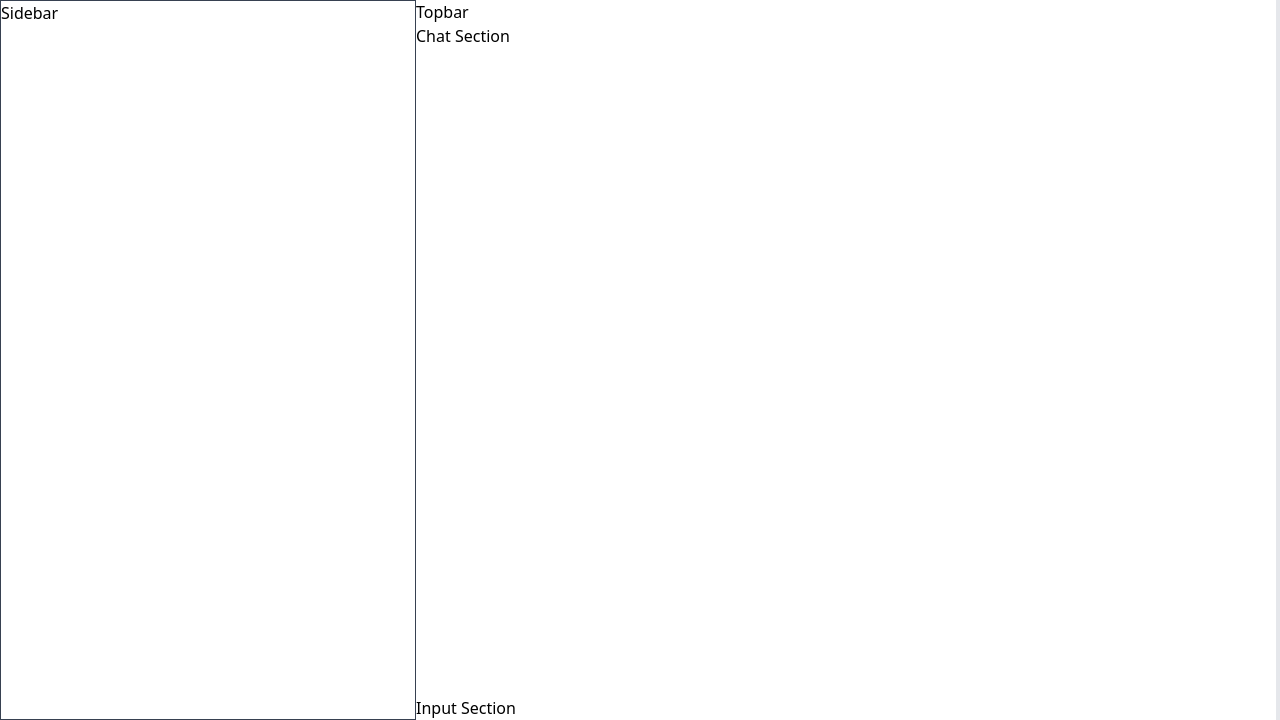
Repository: Qu4ntumGuy/telegram-clone
Page: /
The author's editor kept a copy of each file at every save. The page is drawn from the files as they stood at one save, then again after the next save.
The browser window is 1280 px wide. The pictures show the whole page.
The project was rebuilt for these pictures with package versions that can differ from the ones it lists, and the page was loaded fresh each time. Also part of the build but not shown: src/Utils/ContextProvider.js.

Above is the page before, as saved 2024-07-15 10:58:37.

### src/App.js
import { Routes, BowserRouter, Route } from "react-router-dom";
import Sidebar from "./Components/Sidebar";
import Home from "./Pages/Home/Home";

function App() {
  return (
    <div className="flex max-w-[105rem] mx-auto">
      <Sidebar />

      <Home />
    </div>
  );
}

export default App;

### src/Components/Sidebar.js
import React from "react";
import { useComponentContext } from "../Utils/ContextProvider";

function Sidebar() {
  const context = useComponentContext();
  return (
    <div className="min-w-[26rem] border border-gray-700 h-screen">Sidebar</div>
  );
}

export default Sidebar;

### src/Pages/Home/Home.js
import React from "react";

function Home() {
  return (
    <div className="flex flex-col justify-center border-r-4 w-full">
      <div className="top-0 mb-auto">Topbar</div>
      <div className="h-full">Chat Section</div>
      <div className="">Input Section</div>
    </div>
  );
}

export default Home;

Loaded but not shown: public/index.html (common file); src/index.js (common file); src/index.css (common file); src/reportWebVitals.js (common file); tailwind.config.js (common file)

After the next save:
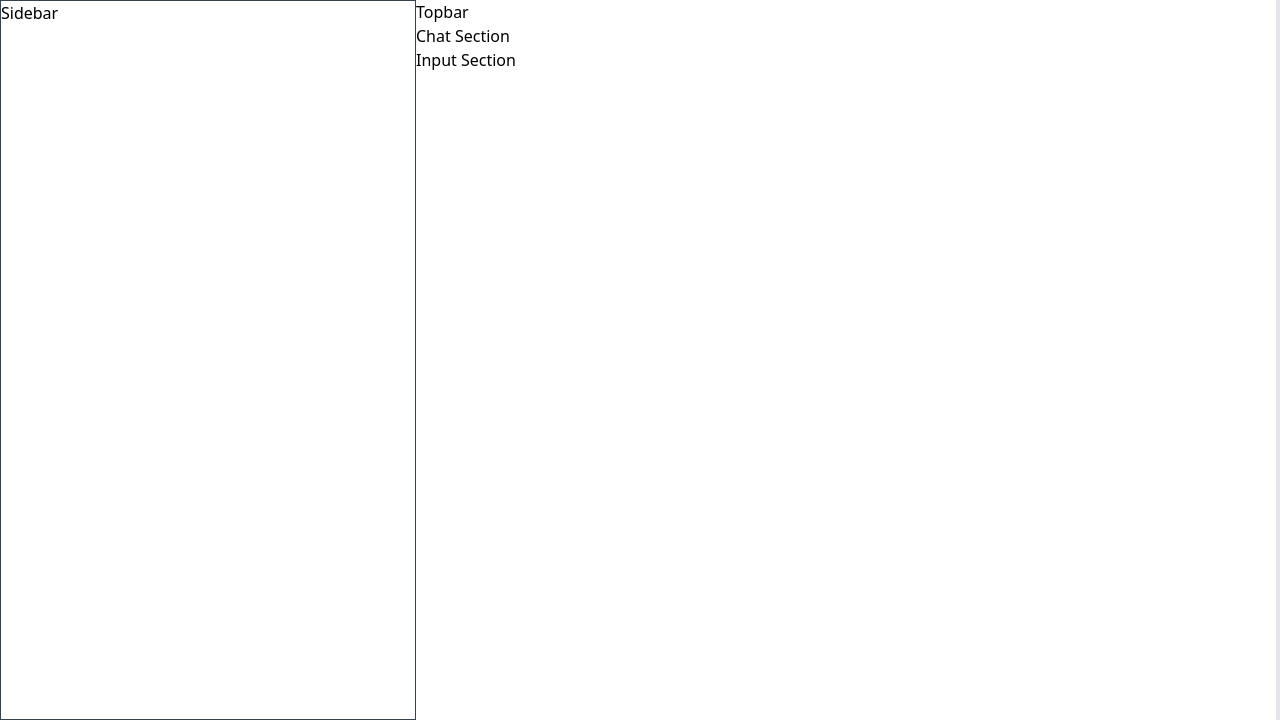
Saved 73 s later.
--- a/src/Pages/Home/Home.js
+++ b/src/Pages/Home/Home.js
@@ -4,8 +4,10 @@ function Home() {
   return (
     <div className="flex flex-col justify-center border-r-4 w-full">
       <div className="top-0 mb-auto">Topbar</div>
-      <div className="h-full">Chat Section</div>
-      <div className="">Input Section</div>
+      <div className="h-full">
+        <div>Chat Section</div>
+        <div className="">Input Section</div>
+      </div>
     </div>
   );
 }
